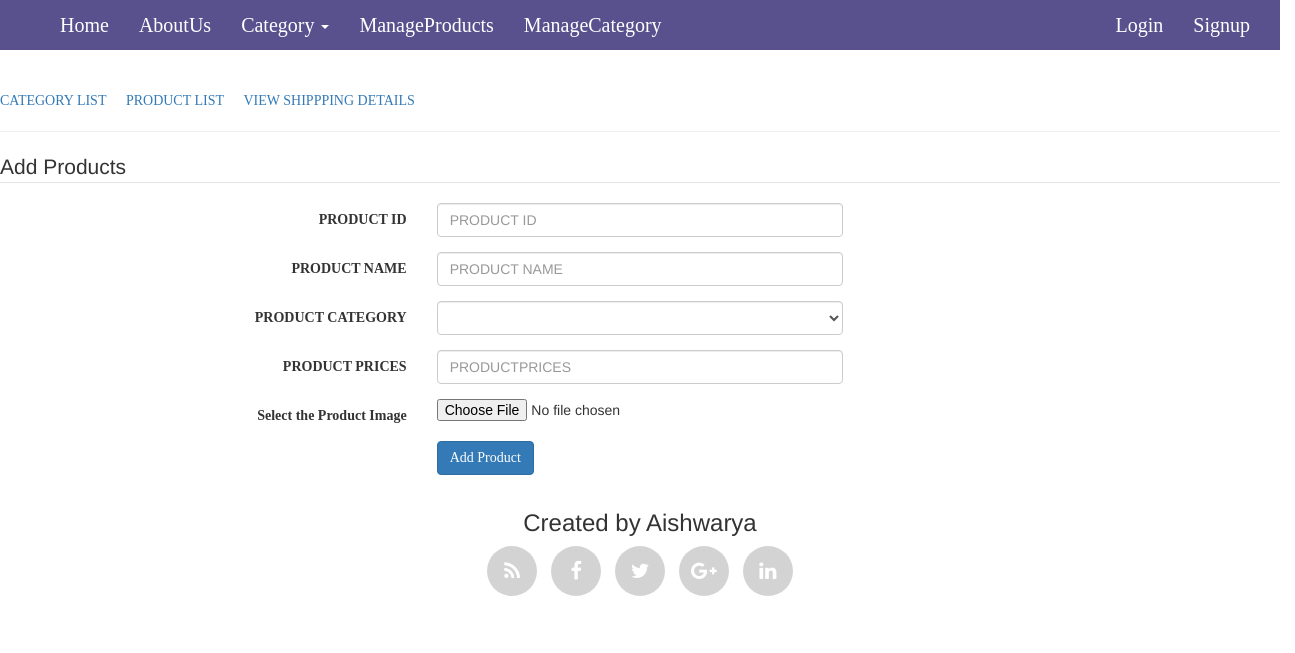
Repository: qwertuy/DTPROGRAMSPROJECTS
Page: http://localhost/Ecommerce/WEB-INF/views/Adding.jsp
An editor plug-in stored every save of this project. The page is shown before and after the next save, followed by the edit.
The browser window is 1280 px wide. The page is 1295 px wide, so the pictures cover 1295 px, including what lies to the right of the window. The pictures show the whole page.
Some web libraries are served in a nearby version. The page is served by Tomcat 9. Nobody is signed in. The template is opened directly, without the code that normally fills it, so the values that code supplies are empty.

Above is the page before, as saved 2018-03-18 11:38:53.
Console error: SyntaxError: Unexpected token '{'

After the next save:
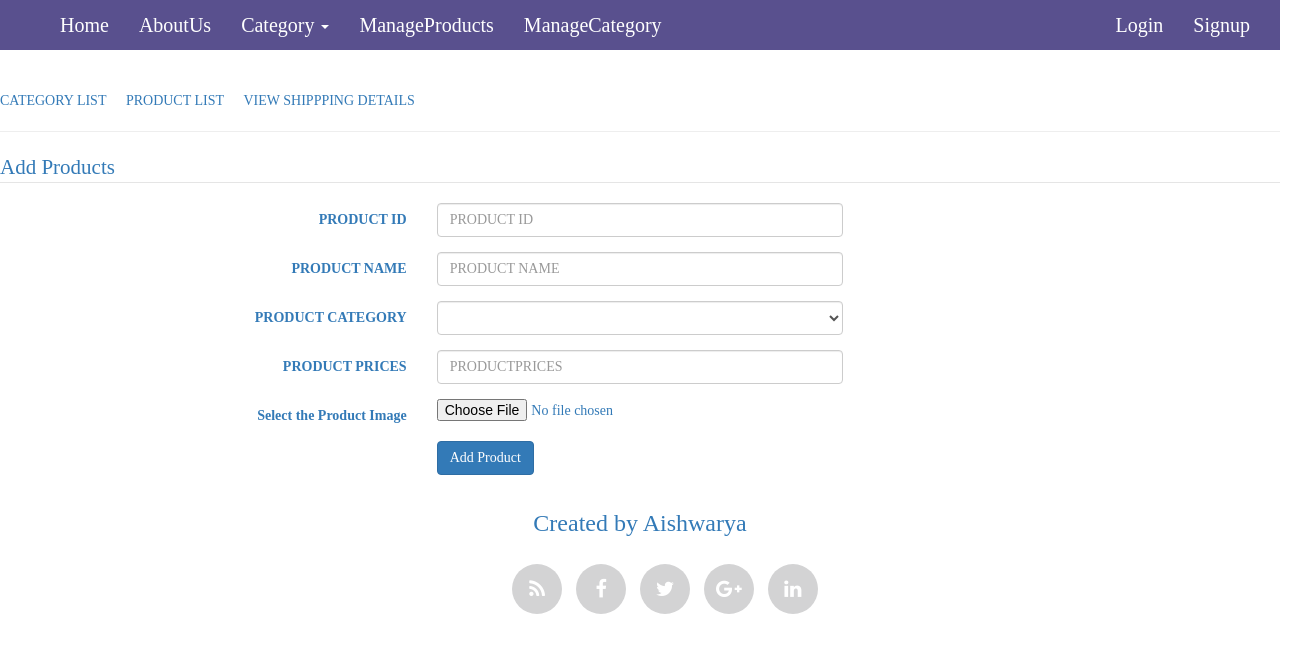
Saved 2 min 45 s later.
--- a/Ecommerce/src/main/webapp/WEB-INF/views/Adding.jsp
+++ b/Ecommerce/src/main/webapp/WEB-INF/views/Adding.jsp
@@ -30,7 +30,7 @@
 <fieldset>
 
 <!-- Form Name -->
-<legend>Add Products</legend>
+<legend><a href="" style="font-family:Aharoni">Add Products</legend>
 
 
 <!-- Text input-->
